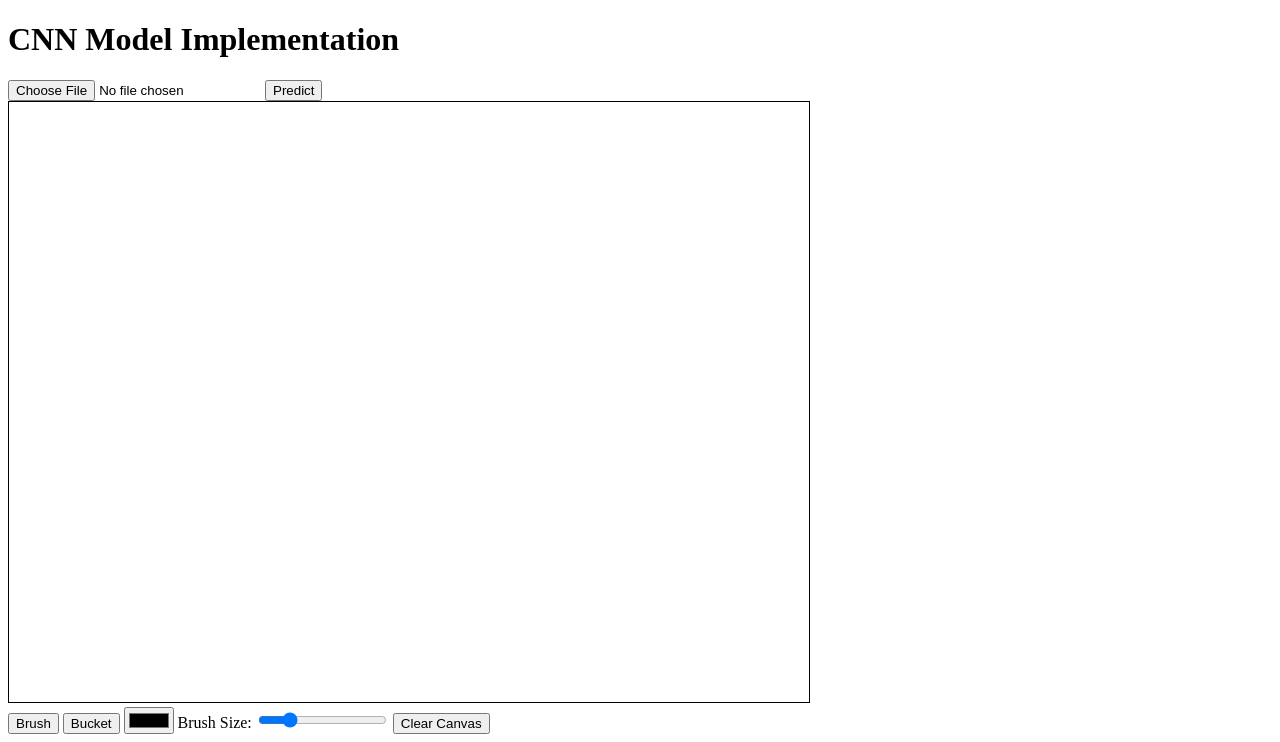
Repository: choobrendan/Flag-Guesser
Page: http://localhost/
These files come from the project's save history. The page is drawn as it stood at one moment and after the next save; the edit follows.
The browser window is 1280 px wide. The pictures show the whole page.
The page is served by the project's application, run on Flask 3 (app.py).

Above is the page before, as saved 2023-08-27 18:38:53.

After the next save:
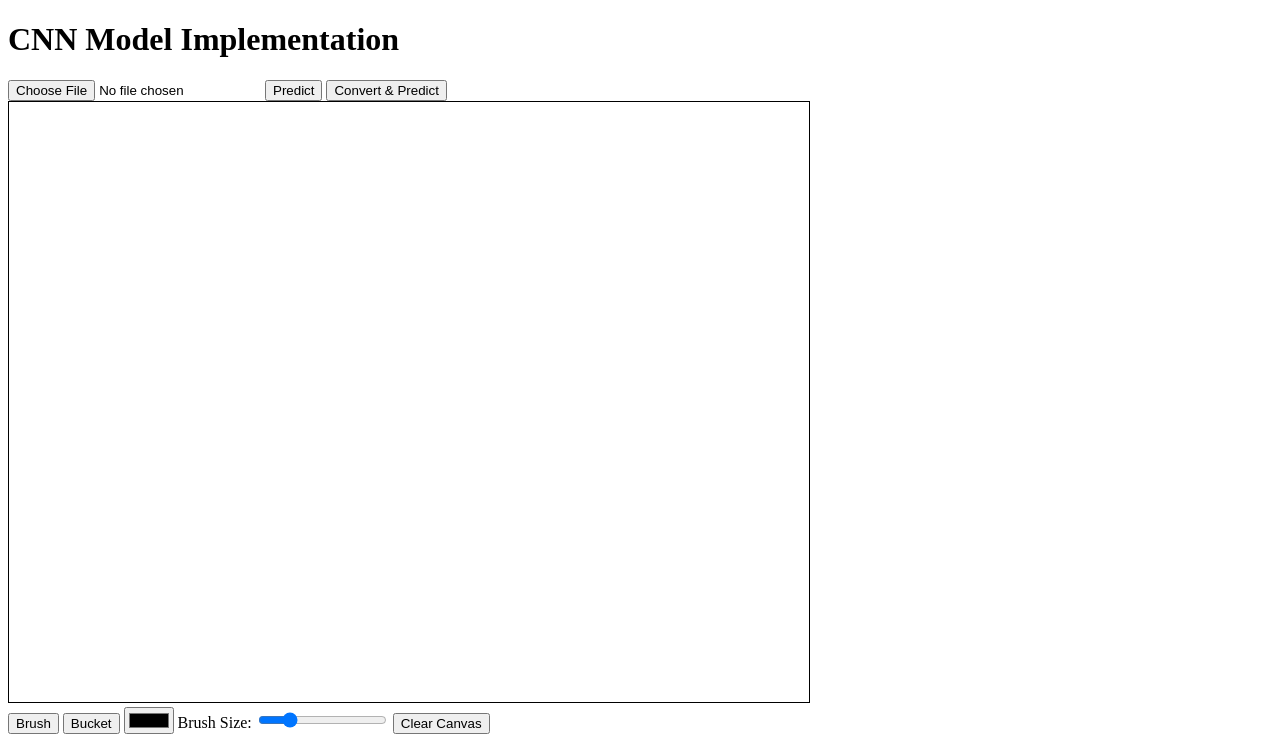
Saved 4 min 44 s later.
--- a/templates/index.html
+++ b/templates/index.html
@@ -61,6 +61,7 @@
     <form id="prediction-form" enctype="multipart/form-data">
         <input type="file" name="image" accept="image/*">
         <button type="submit">Predict</button>
+        <button id="convert-and-predict">Convert & Predict</button>
     </form>
 
     <div id="prediction-result"></div>
